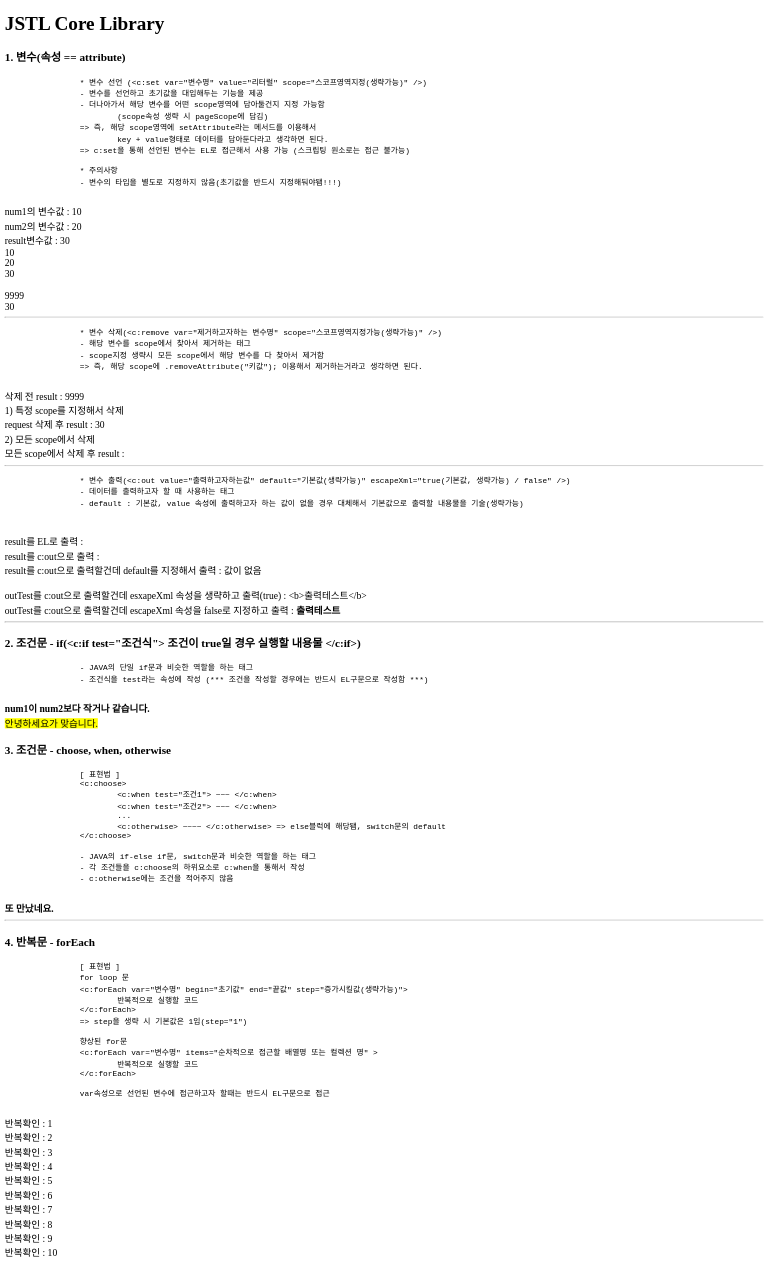
Repository: DonghwanSon1/ajax-jsp-study
Page: http://localhost/ActionProject/views/3_CustomAction/01_core.jsp
An editor plug-in stored every save of this project. The page is shown before and after the next save, followed by the edit.
The browser window is 1280 px wide. The pictures show the whole page, at 60% of full size.
The page is served by Tomcat 9.

Above is the page before, as saved 2022-07-12 07:44:07.

After the next save:
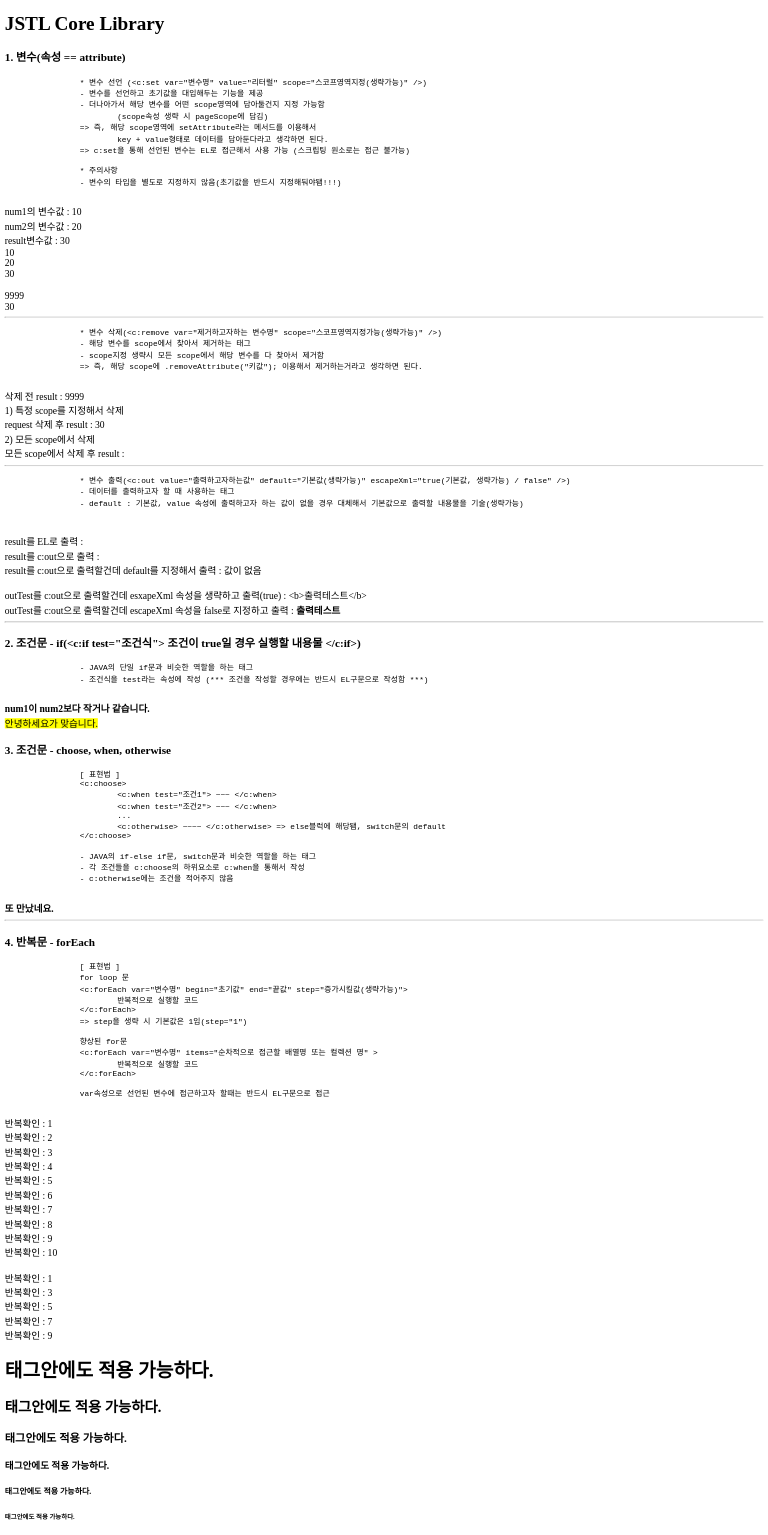
Saved 4 min 3 s later.
--- a/ActionProject/WebContent/views/3_CustomAction/01_core.jsp
+++ b/ActionProject/WebContent/views/3_CustomAction/01_core.jsp
@@ -185,6 +185,17 @@
 
 	<br>
 
+	<c:forEach var="i" begin="1" end="10" step="2">
+		반복확인 : ${ i } <br>
+	</c:forEach>
+
+	<!-- 태그 안에도 적용 가능 -->
+
+	<c:forEach var="i" begin="1" end="6">
+		<h${ i }> 태그안에도 적용 가능하다. </h>
+	</c:forEach>
+
+	<br>
 
 
 
